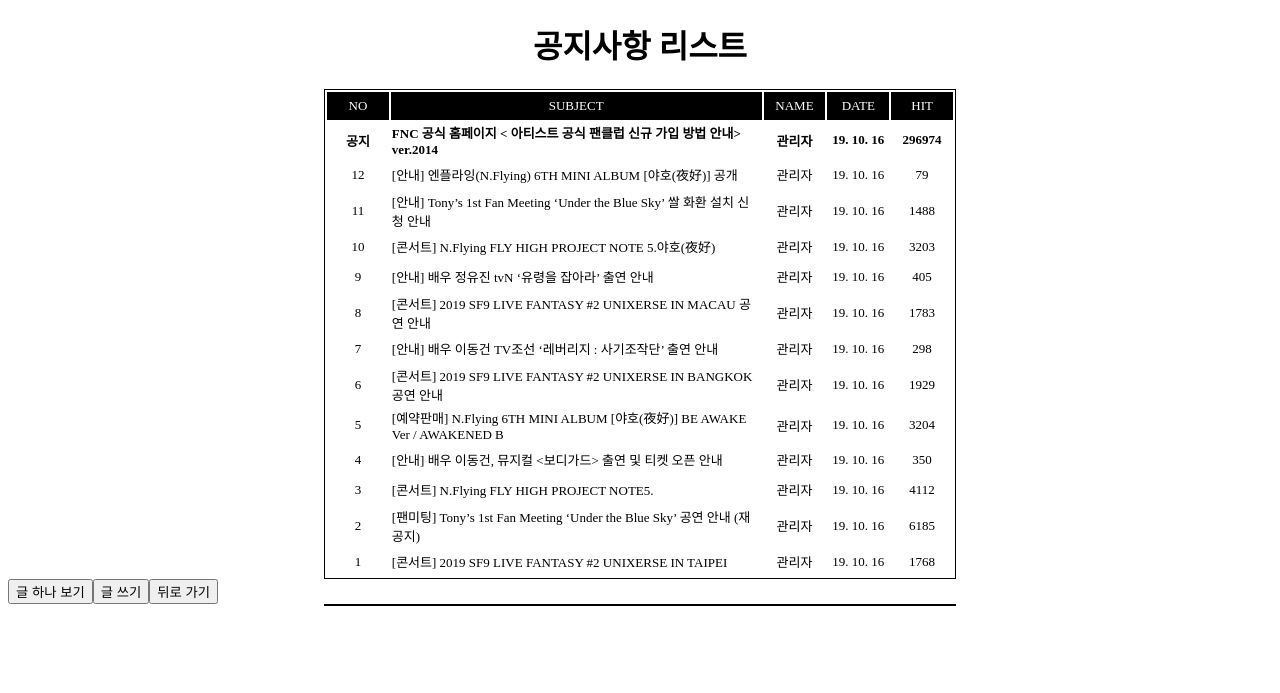
Repository: lbj0314/webTest
Page: Html_ex1/WebContent/notice/noticeList.html
The author's editor kept a copy of each file at every save. The page is drawn from the files as they stood at one save, then again after the next save.
The browser window is 1280 px wide. The pictures show the whole page.

Above is the page before, as saved 2019-10-16 07:45:49.

After the next save:
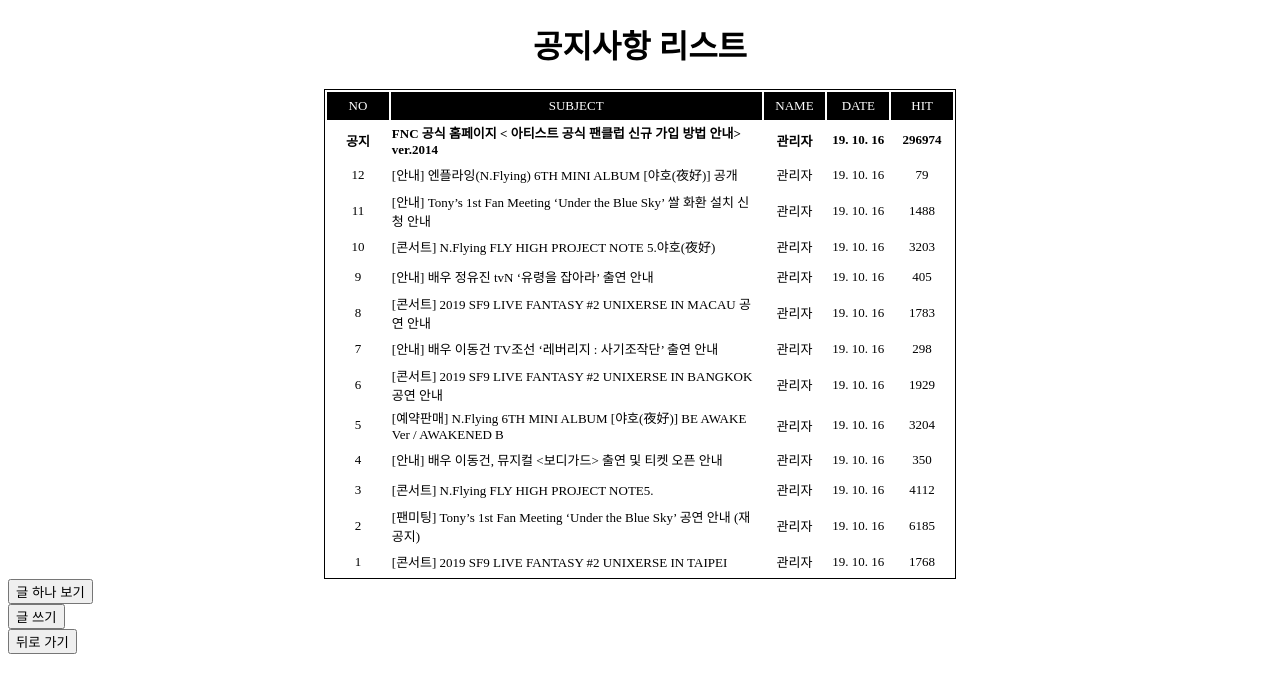
Saved 28 s later.
--- a/Html_ex1/WebContent/notice/noticeList.html
+++ b/Html_ex1/WebContent/notice/noticeList.html
@@ -151,7 +151,7 @@ td {
 			<td>1768</td>
 		</tr>
 	</table>
-	<table id="t2">
+
 		<form action="./noticeListOne.html" method="get">
 			<input type="submit" value="글 하나 보기" name="noticeListOne">
 		</form>
@@ -161,6 +161,6 @@ td {
 		<form action="../index.html" method="get">
 			<input type="submit" value="뒤로 가기" name="noticeListback">
 		</form>
-	</table>
+
 </body>
 </html>
